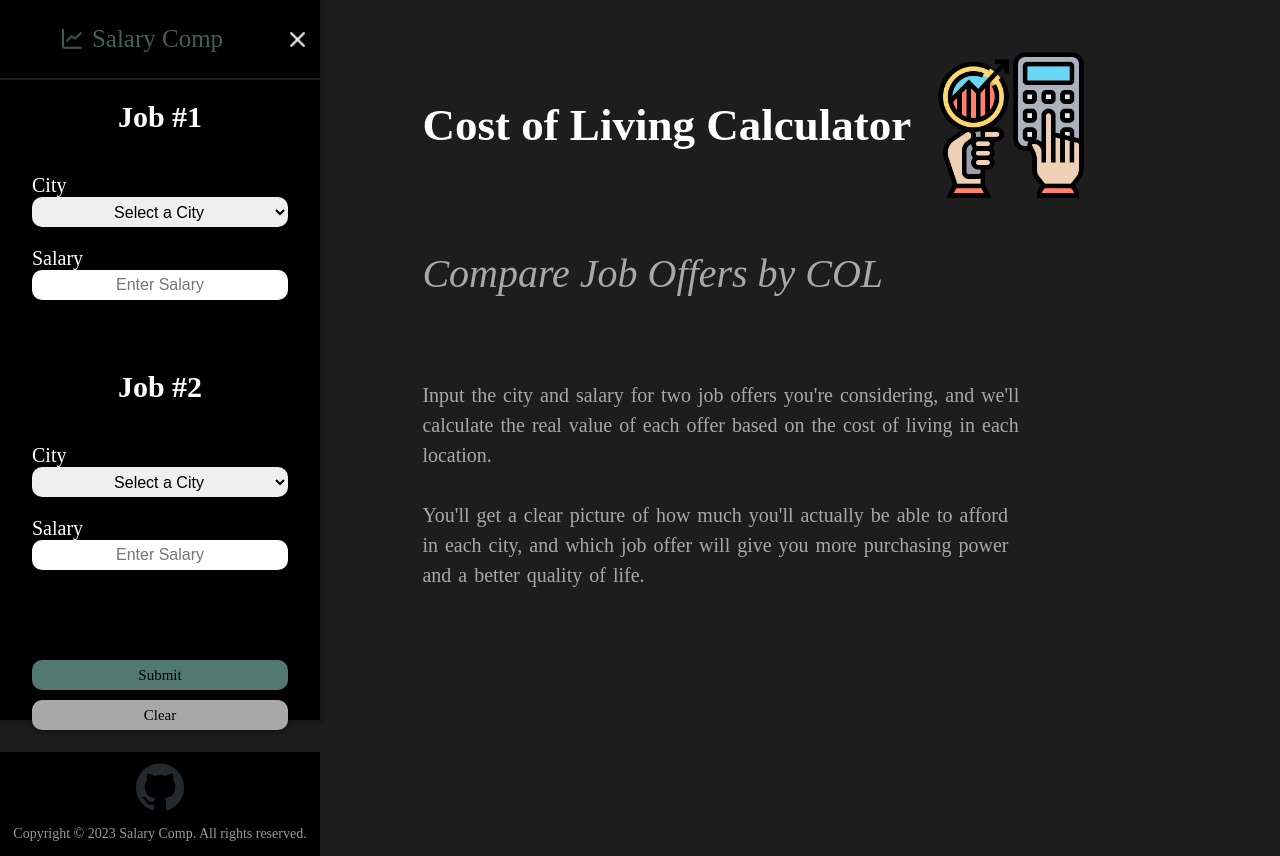
Repository: robbymcd/Salary-Comp
Page: /
An editor plug-in stored every save of this project. The page is shown before and after the next save, followed by the edit.
The browser window is 1280 px wide. The pictures show the whole page.
Some web fonts or font styles are not loaded; a fallback is used. The project was rebuilt for these pictures with package versions that can differ from the ones it lists, and the page was loaded fresh each time. Also part of the build but not shown: src/Main.css, src/Main.js.

Above is the page before, as saved 2023-06-16 11:25:15.

### public/index.html
<!DOCTYPE html>
<html lang="en">
  <head>
    <meta charset="utf-8" />
    <link rel="icon" href="%PUBLIC_URL%/favicon.ico" />
    <meta name="viewport" content="width=device-width, initial-scale=1" />
    <meta name="theme-color" content="#000000" />
    <meta
      name="description"
      content="Compare Job Offers by COL"
    />
    <link rel="apple-touch-icon" href="%PUBLIC_URL%/logo192.png" />
    <!--
      manifest.json provides metadata used when your web app is installed on a
      user's mobile device or desktop. See https://developers.google.com/web/fundamentals/web-app-manifest/
    -->
    <link rel="manifest" href="%PUBLIC_URL%/manifest.json" />
    <!--
      Notice the use of %PUBLIC_URL% in the tags above.
      It will be replaced with the URL of the `public` folder during the build.
      Only files inside the `public` folder can be referenced from the HTML.

      Unlike "/favicon.ico" or "favicon.ico", "%PUBLIC_URL%/favicon.ico" will
      work correctly both with client-side routing and a non-root public URL.
      Learn how to configure a non-root public URL by running `npm run build`.
    -->
    <title>Salary Comp</title>
  </head>
  <body>
    <noscript>You need to enable JavaScript to run this app.</noscript>
    <div id="root"></div>
    <!--
      This HTML file is a template.
      If you open it directly in the browser, you will see an empty page.

      You can add webfonts, meta tags, or analytics to this file.
      The build step will place the bundled scripts into the <body> tag.

      To begin the development, run `npm start` or `yarn start`.
      To create a production bundle, use `npm run build` or `yarn build`.
    -->
  </body>
</html>

### src/index.css
body {
  margin: 0;
  font-family: -apple-system, BlinkMacSystemFont, 'Segoe UI', 'Roboto', 'Oxygen',
    'Ubuntu', 'Cantarell', 'Fira Sans', 'Droid Sans', 'Helvetica Neue',
    sans-serif;
  -webkit-font-smoothing: antialiased;
  -moz-osx-font-smoothing: grayscale;
  height: 100%;
  width: 100%;
}

html {
  height: 100%;
  width: 100%;
  background-color: #1D1D1D;
}

code {
  font-family: source-code-pro, Menlo, Monaco, Consolas, 'Courier New',
    monospace;
}

### src/App.js
import React, { useState } from 'react';
import './App.css';
import Sidebar from './Sidebar.js';
import Content from './Content.js';

function App() {
  const [isSubmitted, setIsSubmitted] = useState(false);
  const [cityCOL1, setCityCOL1] = useState('');
  const [cityCOL2, setCityCOL2] = useState('');
  const [cityName1, setCityName1] = useState('');
  const [cityName2, setCityName2] = useState('');
  const [salary1, setSalary1] = useState('');
  const [salary2, setSalary2] = useState('');

  const handleFormSubmit = (formData) => {
    setIsSubmitted(true);
    setCityCOL1(formData.cityCOL1);
    setCityCOL2(formData.cityCOL2);
    setCityName1(formData.cityName1);
    setCityName2(formData.cityName2);
    setSalary1(formData.salary1);
    setSalary2(formData.salary2);
  };

  return (
    <div className="main">
        <Sidebar onFormSubmit={handleFormSubmit}/>
        <Content isSubmitted={isSubmitted} cityCOL1={cityCOL1} cityCOL2={cityCOL2} cityName1={cityName1} cityName2={cityName2} salary1={salary1} salary2={salary2} />
    </div>
  );
}

export default App;

### src/App.css
.main {
    display: flex;
    flex-direction: row;
    height: 200%;
    width: 100%;
    background-color: #1D1D1D;
}

### src/Sidebar.js
import React, { useState, useRef } from 'react';
import plus from './plus.png';
import './Sidebar.css';
import chart from './chart.png';
import github from './github.png';
import x from './x.png';
import './OpenSidebar.css';
import './Select.css';

export default function Sidebar( { onFormSubmit } ) {
    const [isOpen, setIsOpen] = useState(true);
    const [isClosed, setIsClosed] = useState(false);

    const [city1, setCity1] = useState('0');
    const [city2, setCity2] = useState('0');

    const [salary1, setSalary1] = useState('');
    const [salary2, setSalary2] = useState('');


    const [error, setError] = useState(false);

    const selectRef1 = useRef(null);
    const selectRef2 = useRef(null);

    const formatSalary = (salary) => {
        salary = salary.replace(/[^0-9]/g, '');

        // Convert the salary to a number and format it with commas
        const formattedSalary = Number(salary).toLocaleString();

        // Add the '$' symbol
        return '$' + formattedSalary;
    }

    const openSidebar = () => {
        setIsOpen(true);
        setIsClosed(false);
    }

    const closeSidebar = () => {
        setIsOpen(false);
        setIsClosed(true);
    }

    const city1ChangeHandler = (event) => {
        setCity1(event.target.value)
    }

    const city2ChangeHandler = (event) => {
        setCity2(event.target.value);
    }


    const salary1ChangeHandler = (event) => {
        const inputValue = event.target.value;
        const formattedValue = formatSalary(inputValue);
        const regex = /\d/;

        if (regex.test(formattedValue[formattedValue.length - 1])) {
          setSalary1(formattedValue);
        } else {
            setSalary1(formattedValue.slice(0, formattedValue.length - 1));
        }
      }


    const salary2ChangeHandler = (event) => {
        const inputValue = event.target.value;
        const formattedValue = formatSalary(inputValue);
        const regex = /\d/;
        if (regex.test(formattedValue[formattedValue.length - 1])) {
            setSalary2(formattedValue);
        } else {
            setSalary2(formattedValue.slice(0, formattedValue.length - 1));
        }
    }

    const refresh = () => {
        window.location.reload(false);
    }

    const submitHandler = (event) => {
        event.preventDefault();
        if (city1 === '0' | city2 === '0' | salary1 === '' | salary2 === '') {
            setError(true);
            return;
        }
        setError(false);
        const formData = {
            cityCOL1: city1,
            cityCOL2: city2,
            cityName1: selectRef1.current.options[selectRef1.current.selectedIndex].text,
            cityName2: selectRef2.current.options[selectRef2.current.selectedIndex].text,
            salary1: salary1,
            salary2: salary2
        };
        onFormSubmit(formData);
    }

    const clearHandler = (event) => {
        event.preventDefault();
        setError(false);
        setCity1('0');
        setCity2('0');
        setSalary1('');
        setSalary2('');
    }

    return (
        <div className="sidebar">
            {isClosed && (
                <div className='closed-sidebar'>
                <img
                    className="plusIcon"
                    src={plus}
                    alt="plus"
                    onClick={openSidebar}
                />
            </div>
            )}
            {isOpen && (
                <div className='open-sidebar'>
                <div className='sidebar-header'>
                    <div className='logo' onClick={refresh}>
                        <img className='chart' src={chart} alt='Chart'></img>
                        <p>Salary Comp</p>
                    </div>
                    <img className='x' src={x} alt='x' onClick={closeSidebar}></img>
                </div>
                <form className='form' onSubmit={onFormSubmit}>
                    <h1>Job #1</h1>
                    <div className='city'>
                        <label>City</label>
                        <div className="select-main">
                            <select ref={selectRef1} value={city1} className='select-input' onChange={city1ChangeHandler}>
                                <option value='0'>Select a City</option>
                                <option value='89.1'>Abilene, TX</option>
                                <option value='90.5'>Adrian, MI</option>
                                <option value='89.4'>Akron, OH</option>
                                <option value='85.8'>Alamogordo, NM</option>
                                <option value='87.3'>Albany, GA</option>
                                <option value='105.4'>Albany, OR</option>
                                <option value='100.1'>Albany, NY</option>
                                <option value='90.9'>Albertville, AL</option>
                                <option value='92.9'>Albuquerque, NM</option>
                                <option value='86.2'>Alexandria, LA</option>
                                <option value='98.9'>Allentown, PA</option>
                                <option value='90.8'>Altoona, PA</option>
                                <option value='88.2'>Amarillo, TX</option>
                                <option value='91.5'>Ames, IA</option>
                                <option value='110.7'>Anchorage, AK</option>
                                <option value='99.3'>Ann Arbor, MI</option>
                                <option value='85.7'>Anniston, AL</option>
                                <option value='90.7'>Appleton, WI</option>
                                <option value='103.3'>Asheville, NC</option>
                                <option value='87.4'>Ashtabula, OH</option>
                                <option value='88.5'>Athens, OH</option>
                                <option value='92.9'>Athens, TX</option>
                                <option value='95'>Athens, GA</option>
                                <option value='100.3'>Atlanta, GA</option>
                                <option value='102'>Atlantic City, NJ</option>
                                <option value='93.7'>Auburn, NY</option>
                                <option value='91.9'>Auburn, AL</option>
                                <option value='91.6'>Augusta, GA</option>
                                <option value='100'>Augusta, ME</option>
                                <option value='106.6'>Austin, TX</option>
                                <option value='102.9'>Bakersfield, CA</option>
                                <option value='107'>Baltimore, MD</option>
                            </select>
                        </div>
                    </div>
                    <div className='salary'>
                        <label>Salary</label>
                        <input className='salary-input' type='text' placeholder='Enter Salary' onChange={salary1ChangeHandler} value={salary1}></input>
                    </div>
                    <h1>Job #2</h1>
                    <div className='city'>
                        <label>City</label>
                        <div className="select-main">
                            <select ref={selectRef2} value={city2} className='select-input' onChange={city2ChangeHandler}>
                                <option value='0'>Select a City</option>
                                <option value='89.1'>Abilene, TX</option>
                                <option value='90.5'>Adrian, MI</option>
                                <option value='89.4'>Akron, OH</option>
                                <option value='85.8'>Alamogordo, NM</option>
                                <option value='87.3'>Albany, GA</option>
                                <option value='105.4'>Albany, OR</option>
                                <option value='100.1'>Albany, NY</option>
                                <option value='90.9'>Albertville, AL</option>
                                <option value='92.9'>Albuquerque, NM</option>
                                <option value='86.2'>Alexandria, LA</option>
                                <option value='98.9'>Allentown, PA</option>
                                <option value='90.8'>Altoona, PA</option>
                                <option value='88.2'>Amarillo, TX</option>
                                <option value='91.5'>Ames, IA</option>
                                <option value='110.7'>Anchorage, AK</option>
                                <option value='99.3'>Ann Arbor, MI</option>
                                <option value='85.7'>Anniston, AL</option>
                                <option value='90.7'>Appleton, WI</option>
                                <option value='103.3'>Asheville, NC</option>
                                <option value='87.4'>Ashtabula, OH</option>
                                <option value='88.5'>Athens, OH</option>
                                <option value='92.9'>Athens, TX</option>
                                <option value='95'>Athens, GA</option>
                                <option value='100.3'>Atlanta, GA</option>
                                <option value='102'>Atlantic City, NJ</option>
                                <option value='93.7'>Auburn, NY</option>
                                <option value='91.9'>Auburn, AL</option>
                                <option value='91.6'>Augusta, GA</option>
                                <option value='100'>Augusta, ME</option>
                                <option value='106.6'>Austin, TX</option>
                                <option value='102.9'>Bakersfield, CA</option>
                                <option value='107'>Baltimore, MD</option>
                            </select>
                        </div>
                    </div>
                    <div className='salary'>
                        <label>Salary</label>
                        <input className='salary-input' type='text' placeholder='Enter Salary' onChange={salary2ChangeHandler} value={salary2}></input>
                        {error && <p className='error'>Please fill out all fields</p>}
                    </div>
                    <div className='button-container'>
                        <div className='submit-container'>
                            <button className='submit' onClick={submitHandler} type='submit'>Submit</button>
                        </div>
                        <div className='clear-container'>
                            <button className='clear' onClick={clearHandler}>Clear</button>
                        </div>
                    </div>
                </form>
                <div className='footer'>
                    <img className='github' src={github} alt='github'></img>
                    <p className='copyright'>Copyright © 2023 Salary Comp. All rights reserved.</p>
                </div>
            </div>
            )}
        </div>
    );
}

### src/Content.js
import React from 'react';
import './Content.css';
import Instruction from './Instruction.js';
import Main from './Main.js';

export default function Content({ isSubmitted ,cityCOL1 ,cityCOL2, cityName1, cityName2 , salary1, salary2 }) {

    return (
        <div className='Content-container'>
            {isSubmitted ? <Main cityCOL1={cityCOL1} cityCOL2={cityCOL2} cityName1={cityName1} cityName2={cityName2} salary1={salary1} salary2={salary2}/> : <Instruction />}
        </div>
    );
}

### src/Sidebar.css
@import url('https://fonts.googleapis.com/css?family=Roboto-Mono');
@import url('https://fonts.googleapis.com/css?family=Mukta-Vaani');
.sidebar {
    display: flex;
    height: 100vh;
    width: fit-content;
}

.closed-sidebar {
    display: flex;
    height: 100vh;
    width: fit-content;
    margin-right: 22vw;
}

.plusIcon {
    height: 30px;
    width: 30px;
    margin-left: 20px;
    align-self: center;
    cursor: pointer;
}

.plusIcon:hover {
    opacity: 0.5;
}

.error {
    display: flex;
    font-size: 15px;
    margin-bottom: -15px;
    color: #BA1F33;
}

.button-container {
    display: flex;
    flex-direction: column;
    gap: 10px;
    margin-top: 20px;
}

.submit-container {
    display: flex;
}

.submit {
    height: 30px;
    width: clamp(100px, 20vw, 300px);
    border-radius: 10px;
    border: none;
    outline: none;
    cursor: pointer;
    background-color: #52796F;
    font-family: Mukta Vaani;
    font-size: 15px;
    color: #000;
    box-shadow: 0px 4px 4px rgba(0, 0, 0, 0.25);
}

.submit:hover {
    opacity: 0.8;
}

.clear-container {
    display: flex;
}

.clear {
    height: 30px;
    width: clamp(100px, 20vw, 300px);
    border-radius: 10px;
    border: none;
    outline: none;
    cursor: pointer;
    background-color: #a8a8a8;
    font-family: Mukta Vaani;
    font-size: 15px;
    color: #000;
    box-shadow: 0px 4px 4px rgba(0, 0, 0, 0.25);
}

.clear:hover {
    opacity: 0.8;
}

@media screen and (min-width: 1650px) {
    .button-container {
        gap: 20px;
    }
}

### src/OpenSidebar.css
@import url('https://fonts.googleapis.com/css?family=Roboto-Mono');
@import url('https://fonts.googleapis.com/css?family=Mukta-Vaani');

.open-sidebar {
    display: flex;
    flex-direction: column;
    height: 100vh;
    width: 25vw;
    background-color: #000;
    box-shadow: 0px 0px 4px 4px rgba(0, 0, 0, 0.25);
    margin-right: 8vw;
    transition: transform 0.3s ease-in-out;
}

.sidebar-header {
    display: flex;
    width: 25vw;
    border-bottom: 2px solid #1d1d1d;
    justify-content: space-between;
    align-items: center;
}

.sidebar-wrapper {
    display: inline-block;
}

.centering {
    display: flex;
    flex-direction: row;
    width: 100%;
    align-self: center;
    align-items: center;
    justify-content: center;
}

.logo {
    display: flex;
    flex-direction: row;
    width: 100%;
    align-items: center;
    justify-content: center;
    gap: 10px;
    cursor: pointer;
}

.logo:hover {
    opacity: .8;
}

.logo p {
    font-family: Roboto Mono;
    color: #52796F;
    font-size: 25px;
}

.chart {
    height: 20px;
    width: 20px;
}

.city {
    display: flex;
    flex-direction: column;
    font-family: Mukta Vaani;
    font-style: normal;
    font-weight: 300;
    font-size: 20px;
    color: #fff;
}

.salary{
    display: flex;
    flex-direction: column;
    font-family: Mukta Vaani;
    font-style: normal;
    font-weight: 300;
    font-size: 20px;
    color: #fff;
}

.salary label {
    display: flex;
    justify-self: center;
}

.form {
    display: flex;
    flex-direction: column;
    font-family: Mukta Vaani;
    height: 100%;
    align-items: center;
    gap: 20px;
    border-bottom: 2px solid #1d1d1d;
    justify-content: center;
    padding: 20px;
}

.form h1 {
    color: #fff;
    font-family: Roboto Mono;
    font-size: 30px;
    font-weight: 700;
    font-style: normal;
    text-align: center;
    margin-top: 10px;
    margin-bottom: 0px;
}

select {
    cursor: pointer;
}

input {
    text-decoration: none;
    height: 30px;
    width: clamp(100px, 20vw, 300px);
    border-radius: 10px;
    outline: none;
    border: none;
    padding: 0;
    text-align: center;
    font-size: 16px;
    cursor: pointer;
}

.salarycomp {
    height: 80px;
    width: 360px;
}

.x {
    height: 25px;
    width: 25px;
    cursor: pointer;
    margin-right: 10px;
}

.x:hover {
    opacity: 0.5;
    transition: ease-in-out 0.2s;
}

.footer {
    display: flex;
    flex-direction: column;
    align-items: center;
    justify-content: center;
    width: 100%;
    background-color: #000;
}

.footer p {
    color: #fff;
    opacity: .6;
    font-family: 'Mukta Vaani';
    font-style: normal;
    font-weight: 300;
    font-size: 14px;
}

.hiw {
    text-decoration: underline;
    cursor: pointer;
}

.hiw:hover {
    opacity: 0.5;
}

.github {
    height: 50px;
    width: 50px;
    margin-top: 10px;
    cursor: pointer;
}

.github:hover {
    opacity: 0.8;
}

@media screen and (max-width: 1000px) {
    .footer p {
        font-size: 10px;
    }
}

@media screen and (min-width: 100px) {
    .form h1 {
        margin-top: 0;
        margin-bottom: 20px;
    }

    input {
        margin-bottom: 50px;
    }
}

### src/Select.css
.select-main {
    text-decoration: none;
    height: 30px;
    width: clamp(100px, 20vw, 300px);
    border-radius: 10px;
    outline: none;
    text-align: center;
    font-size: 16px;
}

.select-main select {
    text-align: center;
    text-decoration: none;
    outline: none;
    border: none;
    height: 30px;
    width: clamp(100px, 20vw, 300px);
    border-radius: 10px;
    font-size: 16px;
    padding-left: 10px;
}

### src/Content.css
@import url('https://fonts.googleapis.com/css?family=Kadwa');
@import url('https://fonts.googleapis.com/css?family=Hind-Madurai');

.Content-container {
    display: flex;
    width: 100%;
}

.header {
    display: flex;
    flex-direction: row;
    align-items: center;
    margin-top: 50px;
    gap: 25px;
}

.content h1 {
    font-family: Kadwa;
    font-weight: bold;
    font-size: 45px;
    height: 100%;
    margin: 0;
}

.content h2 {
    font-family: Hind Madurai;
    font-size: 40px;
    color: #a8a8a8;
    margin-top: 50px;
    width: 75%;
    font-weight: 500;
    font-style: italic;
}

.content p {
    display: flex;
    width: 50vw;
    font-family: Hind Madurai;
    font-size: 20px;
    color: #a8a8a8;
    word-spacing: 2px;
    line-height: 1.5;
    margin-top: 50px;
    width: 70%;
}

.content {
    display: flex;
    flex-direction: column;
    color: #fff;
    height: fit-content;
    width: 100%;
    justify-items: center;
}

.calculator {
    display: flex;
    height: 150px;
    width: 150px;
}

### src/Instruction.js
import calculator from './calculator.png';

export default function Instruction() {
    return (
        <div className="content">
            <div className="header">
                <h1>Cost of Living Calculator</h1>
                <img className="calculator" src={calculator} alt='calculator'></img>
            </div>
            <h2>Compare Job Offers by COL</h2>
            <p>Input the city and salary for two job offers you're considering, and we'll calculate the real value of each offer based on the cost of living in each location.<br/><br/>You'll get a clear picture of how much you'll actually be able to afford in each city, and which job offer will give you more purchasing power and a better quality of life.
            </p>
        </div>
    );
}

Loaded but not shown: src/index.js (common file); src/reportWebVitals.js (common file)

After the next save:
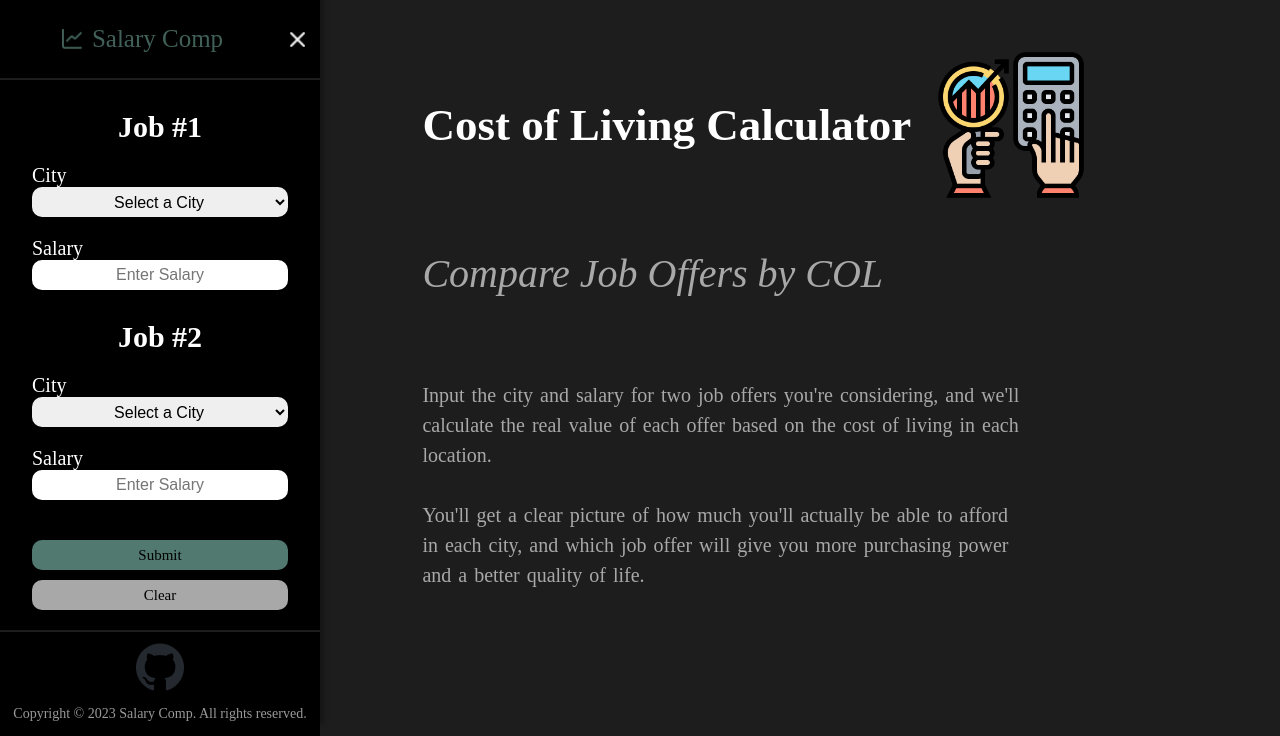
Saved 19 s later.
--- a/src/OpenSidebar.css
+++ b/src/OpenSidebar.css
@@ -184,7 +184,7 @@ input {
     }
 }
 
-@media screen and (min-width: 100px) {
+@media screen and (min-height: 800px) {
     .form h1 {
         margin-top: 0;
         margin-bottom: 20px;
